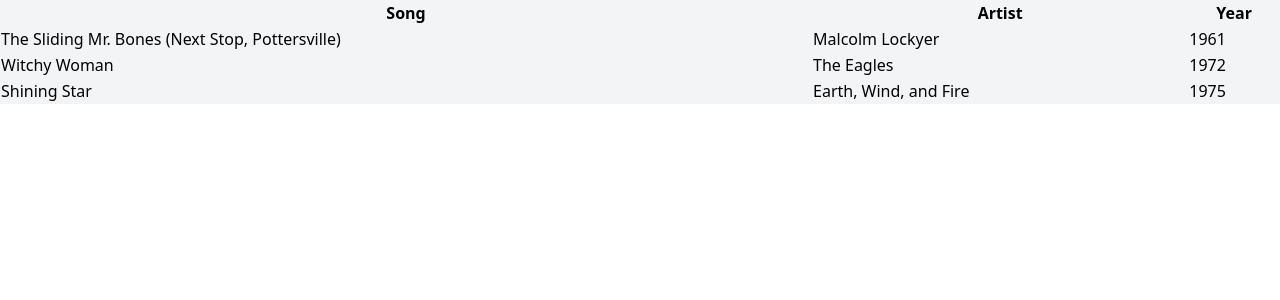
Repository: Semanmernstack/next-13-prisma-crud
Page: /
These files come from the project's save history. The page is drawn as it stood at one moment and after the next save; the edit follows.
The browser window is 1280 px wide. The pictures show the whole page.
The project was rebuilt for these pictures with package versions that can differ from the ones it lists, and the page was loaded fresh each time. The framework's server and built-in components were replaced by stand-ins that run in the browser. Also part of the build but not shown: next.config.js.

Above is the page before, as saved 2023-05-31 06:49:27.

After the next save:
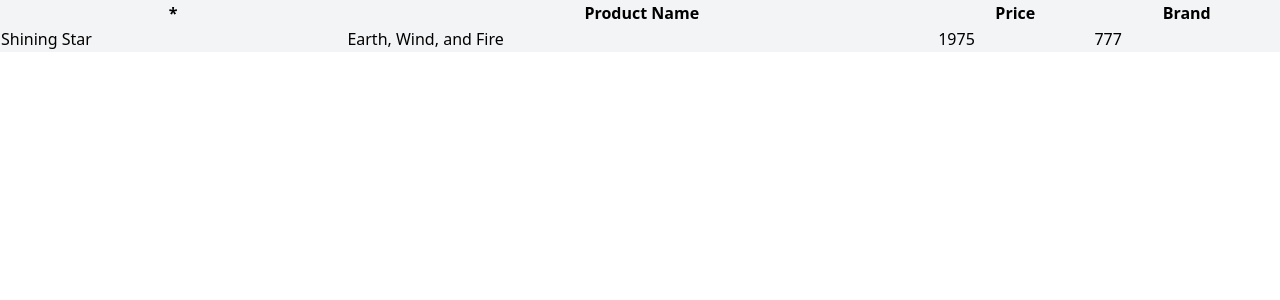
Saved 3 min 22 s later.
--- a/app/page.tsx
+++ b/app/page.tsx
@@ -9,26 +9,19 @@
       <table className="table w-full">
         <thead>
           <tr>
-            <th>Song</th>
-            <th>Artist</th>
-            <th>Year</th>
+            <th>*</th>
+            <th>Product Name</th>
+            <th>Price</th>
+            <th>Brand</th>
           </tr>
         </thead>
         <tbody>
-          <tr>
-            <td>The Sliding Mr. Bones (Next Stop, Pottersville)</td>
-            <td>Malcolm Lockyer</td>
-            <td>1961</td>
-          </tr>
-          <tr>
-            <td>Witchy Woman</td>
-            <td>The Eagles</td>
-            <td>1972</td>
-          </tr>
+
           <tr>
             <td>Shining Star</td>
             <td>Earth, Wind, and Fire</td>
             <td>1975</td>
+            <td>777</td>
           </tr>
         </tbody>
       </table>
